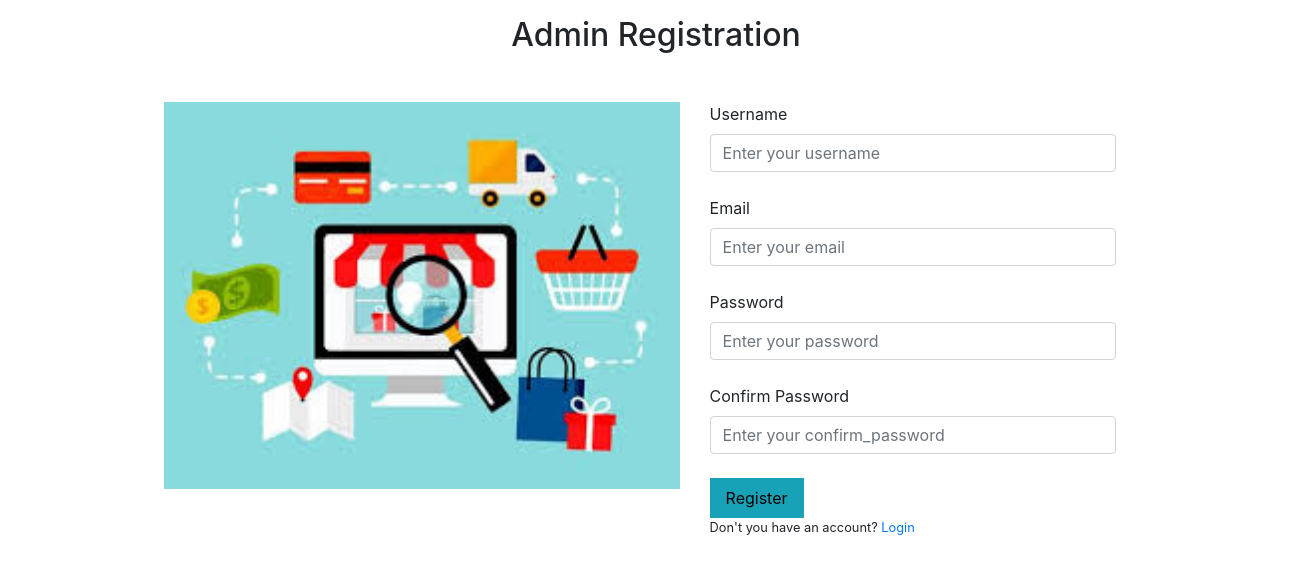
Repository: hahuuchinh2501/ecommerce_web
Page: http://localhost/admin_area/admin_registration.php
The author's editor kept a copy of each file at every save. The page is drawn from the files as they stood at one save, then again after the next save.
The browser window is 1280 px wide. The page is 1296 px wide, so the pictures cover 1296 px, including what lies to the right of the window. The pictures show the whole page.
The page is run by PHP 8.4 with error messages shown; the project is at /var/www/html/.

Above is the page before, as saved 2025-03-18 20:21:49.

### admin_area/admin_registration.php
<html lang="en">
<head>
    <meta charset="UTF-8">
    <meta name="viewport" content="width=device-width, initial-scale=1.0">
     <link href="https://cdn.jsdelivr.net/npm/bootstrap@5.3.3/dist/css/bootstrap.min.css" rel="stylesheet" integrity="sha384-QWTKZyjpPEjISv5WaRU9OFeRpok6YctnYmDr5pNlyT2bRjXh0JMhjY6hW+ALEwIH" crossorigin="anonymous">
    <link rel="stylesheet" href="../style.css">
    <link rel="stylesheet" href="https://cdnjs.cloudflare.com/ajax/libs/font-awesome/6.5.2/css/all.min.css" integrity="sha512-SnH5WK+bZxgPHs44uWIX+LLJAJ9/2PkPKZ5QiAj6Ta86w+fsb2TkcmfRyVX3pBnMFcV7oQPJkl9QevSCWr3W6A==" crossorigin="anonymous" referrerpolicy="no-referrer" />
    <link rel="stylesheet" href="https://cdn.jsdelivr.net/npm/bootstrap@4.0.0/dist/css/bootstrap.min.css" integrity="sha384-Gn5384xqQ1aoWXA+058RXPxPg6fy4IWvTNh0E263XmFcJlSAwiGgFAW/dAiS6JXm" crossorigin="anonymous">
    <title>admin registration</title>
    <style>
        body {
            overflow: hidden;
        }
        img {
            width: 100%;
        }
    </style>
</head>
<body>
    <div class="container-fluid m-3">
        <h2 class="text-center mb-5"> Admin Registration</h2>
    </div>
    <div class="row d-flex justify-content-center">
    <div class="col-lg-6 col-xl-5">
        <img src="../images/bg-ad.jpg" alt="Admin Registration" class="img-fluid">
    </div>
    <div class="col-lg-6 col-xl-4">
        <form action="" method="post">
            <div class="form-outline mb-4">
                <label for="username" class="form-label">Username</label>
                <input type="text" id="username" name="username" placeholder="Enter your username" required="required" class="form-control">
            </div>
            <div class="form-outline mb-4">
                <label for="email" class="form-label">Email</label>
                <input type="text" id="email" name="email" placeholder="Enter your email" required="required" class="form-control">
            </div>
            <div class="form-outline mb-4">
    <label for="password" class="form-label">Password</label>
    <input type="password" id="password" name="password" placeholder="Enter your password" required="required" class="form-control">
</div>
<div class="form-outline mb-4">
    <label for="confirm_password" class="form-label">Confirm Password</label>
    <input type="password" id="confirm_password" name="confirm_password" placeholder="Enter your confirm_password" required="required" class="form-control">
</div>
<div>
    <input type="submit" class="bg-info py-2 px-3 border-0" name="admin_registration" value="Register">
    <p class="small">Don't you have an account? <a href="admin_login.php">Login</a></p>
</div>
        </form>
    </div>
</div>
</body>
</html>

### style.css
* {
    margin: 0;
    padding: 0;
    box-sizing: border-box;

}


.logo {
    width: 7%;
    height: 7%;
}

     .card-img-top {
            height: 360px; /* Đặt chiều cao cố định */
            object-fit: cover; /* Đảm bảo hình ảnh vừa khung và không bị biến dạng */
        }

.cart_img {
    width:50px;
    height:50px;
}

After the next save:
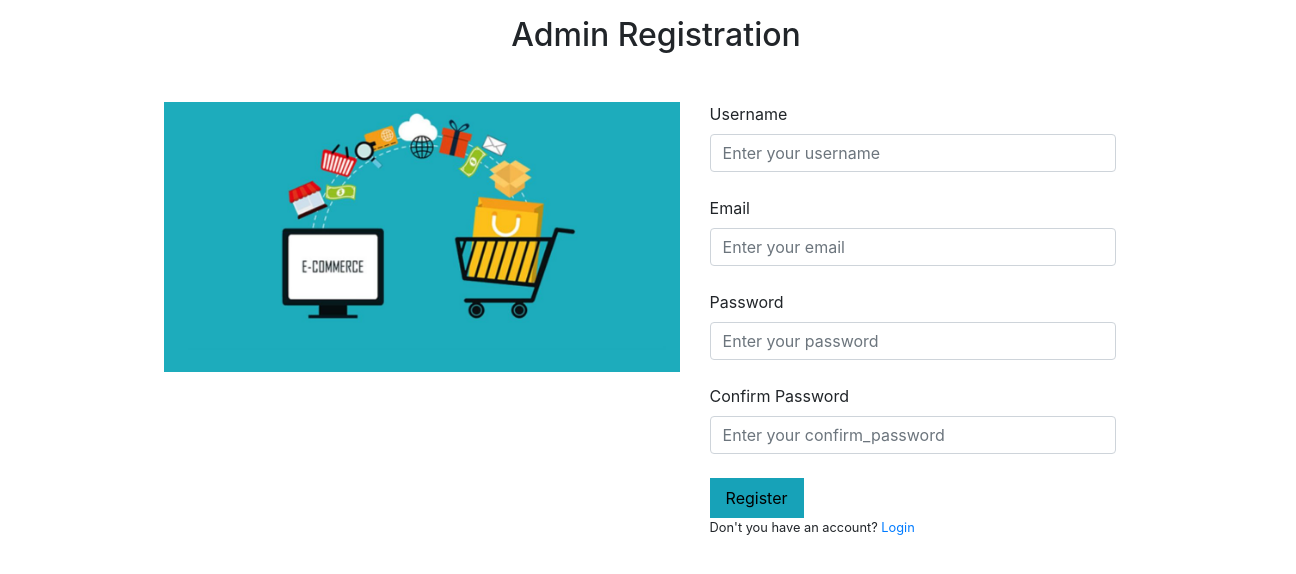
Saved 52 s later.
--- a/admin_area/admin_registration.php
+++ b/admin_area/admin_registration.php
@@ -11,9 +11,6 @@
         body {
             overflow: hidden;
         }
-        img {
-            width: 100%;
-        }
     </style>
 </head>
 <body>
@@ -22,7 +19,7 @@
     </div>
     <div class="row d-flex justify-content-center">
     <div class="col-lg-6 col-xl-5">
-        <img src="../images/bg-ad.jpg" alt="Admin Registration" class="img-fluid">
+        <img src="../images/bg_ad.jpg" alt="Admin Registration" class="img-fluid">
     </div>
     <div class="col-lg-6 col-xl-4">
         <form action="" method="post">
